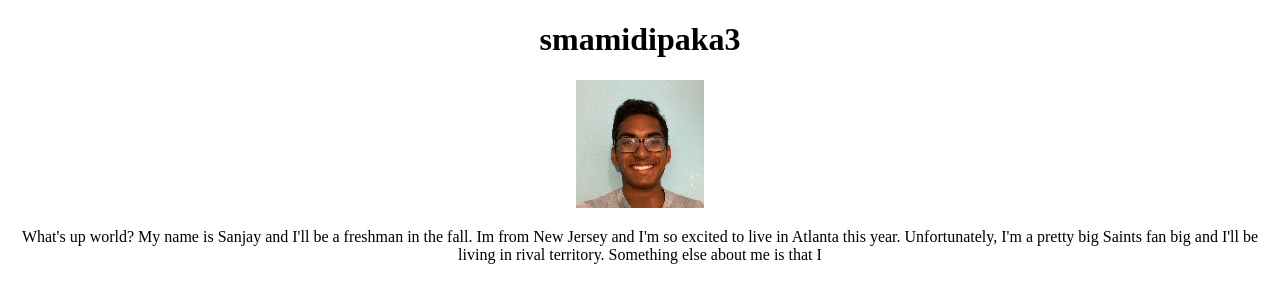
Repository: sanjayMamidipaka/cs1301
Page: lab01/index.html
The author's editor kept a copy of each file at every save. The page is drawn from the files as they stood at one save, then again after a run of saves.
The browser window is 1280 px wide. The pictures show the whole page.

Above is the page before, as saved 2021-07-22 15:54:37.

After the next 3 saves:
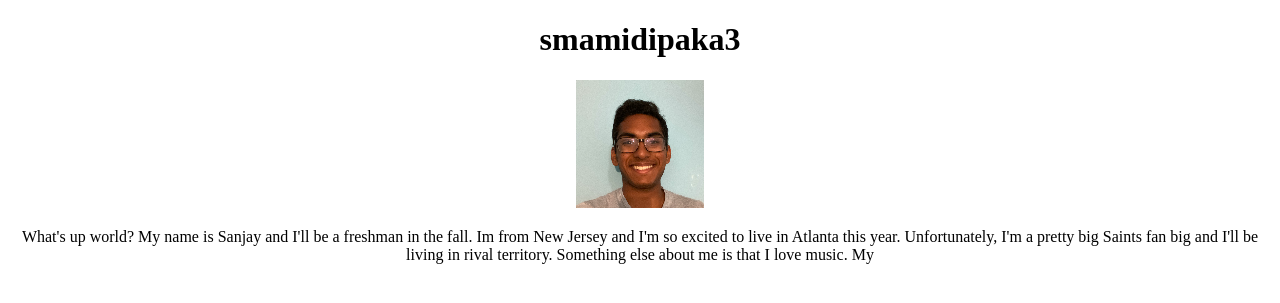
The 3 saves are shown as one change because they came seconds apart.
The last was saved 83 s later.
--- a/lab01/index.html
+++ b/lab01/index.html
@@ -10,6 +10,6 @@
     <img src="image.png" alt="My Picture">
     <p>
         What's up world? My name is Sanjay and I'll be a freshman in the fall. Im from New Jersey and I'm so excited to live in Atlanta this year.
-        Unfortunately, I'm a pretty big Saints fan big and I'll be living in rival territory. Something else about me is that I
+        Unfortunately, I'm a pretty big Saints fan big and I'll be living in rival territory. Something else about me is that I love music. My
     </p>
   </div>
